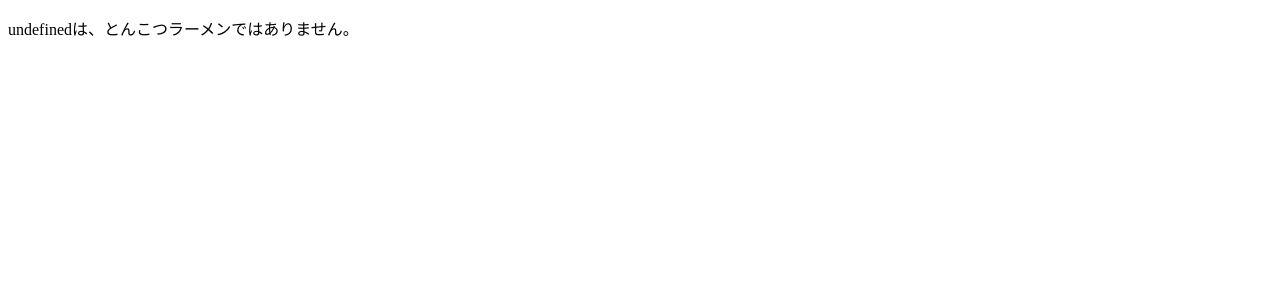
Repository: matsuryu0325/18_JS_practise
Page: 0415/ramen.html
An editor plug-in stored every save of this project. The page is shown before and after the next save, followed by the edit.
The browser window is 1280 px wide. The pictures show the whole page.

Above is the page before, as saved 2024-04-15 11:43:14.

After the next save:
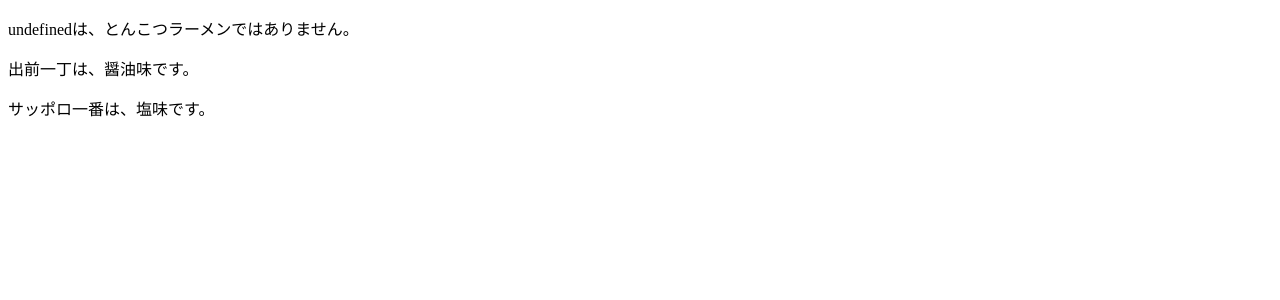
Saved 114 s later.
--- a/0415/ramen.html
+++ b/0415/ramen.html
@@ -68,6 +68,10 @@
         ramens.push(new InstantNoodle("サッポロ一番", "塩"));
 
         console.log(ramens);//オブジェクトの配列
+
+        ramens.forEach((ramen) => {
+            document.body.insertAdjacentHTML("beforeend", ramen.descript());
+        });
     </script>
 
 </body>
